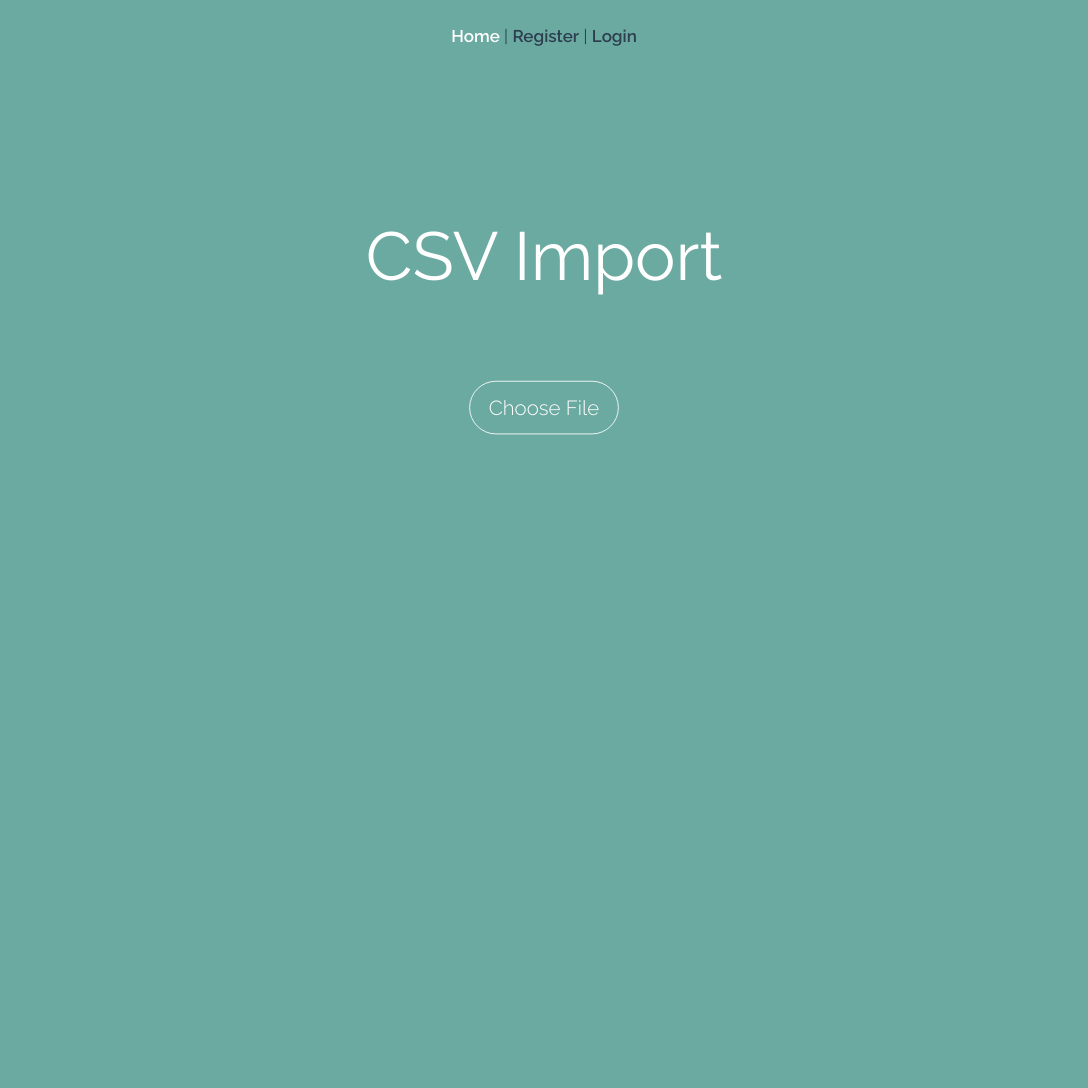
Repository: Flypr/licentaCSV
Page: /
The author's editor kept a copy of each file at every save. The page is drawn from the files as they stood at one save, then again after the next save.
The browser window is 1280 px wide. The pictures show the whole page, at 85% of full size.
The project was rebuilt for these pictures with package versions that can differ from the ones it lists, and the page was loaded fresh each time.

Above is the page before, as saved 2021-03-16 18:21:18.

After the next save:
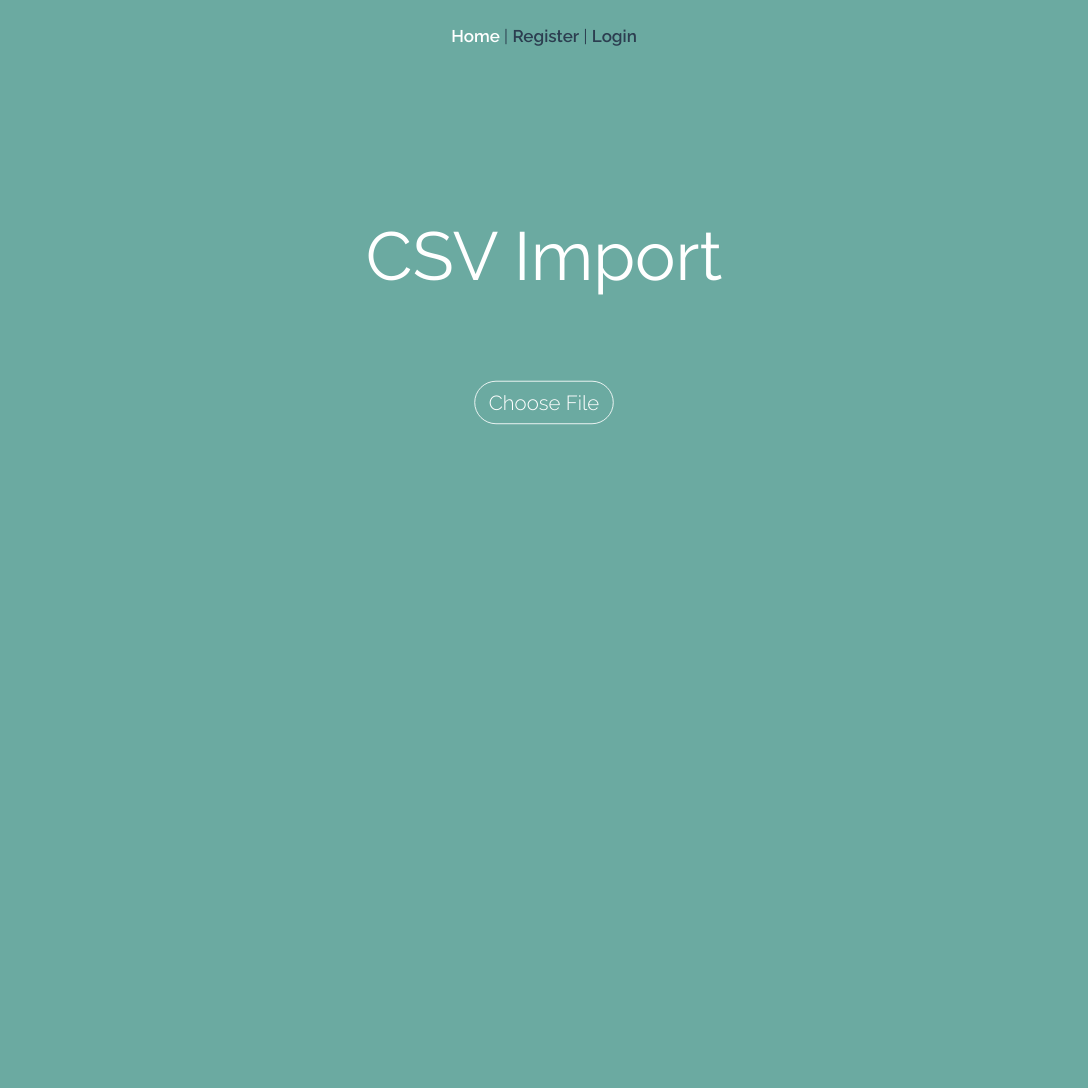
Saved 25 s later.
--- a/src/views/Home.vue
+++ b/src/views/Home.vue
@@ -148,7 +148,7 @@ input[type=file] {
     border: 1px solid #fff;
     border-radius: 50px;
     display: inline-block;
-    padding: 16px 22px;
+    padding: 10px 16px;
     cursor: pointer;
     font-size: 120%;
     font-weight: 300;
